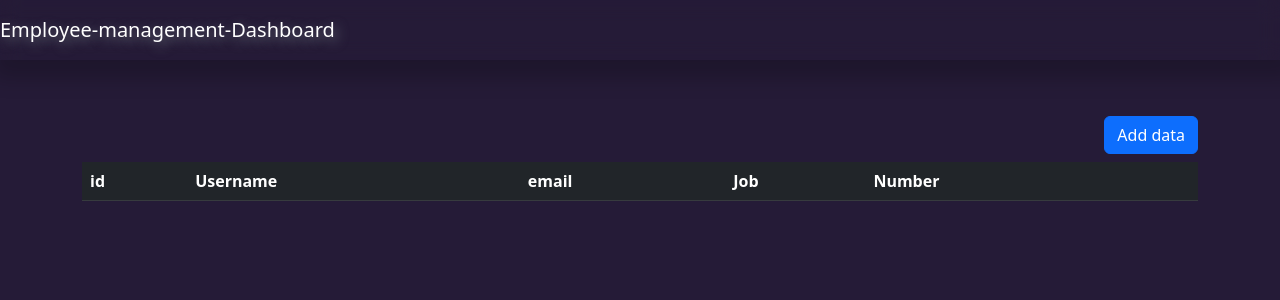
Repository: iamevs/Employee-Management-System
Page: /home (app in client/)
An editor plug-in stored every save of this project. The page is shown before and after the next save, followed by the edit.
The browser window is 1280 px wide. The pictures show the whole page.
The page's requests for data from a server got no answer. The project was rebuilt for these pictures with package versions that can differ from the ones it lists, and the page was loaded fresh each time. No one was signed in, and anything a server would have sent is missing. Also part of the build but not shown: client/vite.config.js, client/src/components/Register.jsx, client/src/components/Edit.jsx, client/src/components/Hero.jsx. Imported but missing from the stored project, and not drawn on this page: client/src/components/Details.

Above is the page before, as saved 2022-11-28 23:24:36.

### client/index.html
<html lang="en">
  <head>
    <meta charset="UTF-8" />
    <link rel="icon" type="image/svg+xml" href="/vite.svg" />
    <meta name="viewport" content="width=device-width, initial-scale=1.0" />
    <title>employee-management</title>
  </head>
  <body>
    <div id="root"></div>
    <script type="module" src="/src/main.jsx"></script>
  </body>
</html>

### client/src/main.jsx
import React, { StrictMode } from 'react';
import ReactDOM from 'react-dom';
import { createRoot } from "react-dom/client";
import './index.css';
import App from './App';
import { BrowserRouter } from "react-router-dom"
import ContextProvider from "./components/context/ContextProvider";
// root.render(
//   <StrictMode>
//   <ContextProvider>
//     <BrowserRouter>
//       <App />
//     </BrowserRouter>
//   </ContextProvider>
//   </StrictMode>
//   ,
//   document.getElementById('root')
// );


createRoot(document.getElementById('root')).render(
  <ContextProvider>
    <BrowserRouter>
      <App />
    </BrowserRouter>
  </ContextProvider>
)

### client/src/index.css
body {
  margin: 0;
  font-family: -apple-system, BlinkMacSystemFont, 'Segoe UI', 'Roboto', 'Oxygen',
    'Ubuntu', 'Cantarell', 'Fira Sans', 'Droid Sans', 'Helvetica Neue',
    sans-serif;
  -webkit-font-smoothing: antialiased;
  -moz-osx-font-smoothing: grayscale;
  background-color: #251B37 !important;
  color: #fff !important;
}

code {
  font-family: source-code-pro, Menlo, Monaco, Consolas, 'Courier New',
    monospace;
}

.btns{
  display: flex;
  justify-content: space-between;
}

### client/src/App.jsx
import './App.css';
import "../node_modules/bootstrap/dist/css/bootstrap.min.css"
import "../node_modules/bootstrap/dist/js/bootstrap.bundle.min.js"
import Navbar from './components/Navbar';
import Home from './components/Home';
import Register from './components/Register';
import Edit from './components/Edit';
import Details from './components/Details';
import Hero from "./components/Hero.jsx";
import {Routes,Route} from "react-router-dom"




function App() {
  return (
   <>
    <Navbar />
    <Routes>
      <Route path="/" element={<Hero/>} />
      <Route  path="/home" element={<Home/>} />
      <Route exact path="/register" element={<Register/>} />
      <Route exact path="/edit/:id" element={<Edit/>} />
      <Route exact path="/view/:id" element={<Details/>} />
    </Routes>

   </>
  );
}

export default App;

### client/src/components/context/ContextProvider.jsx
import React, { createContext, useState } from 'react'


export const adddata = createContext("");
export const updatedata = createContext("");
export const deldata = createContext("");

const ContextProvider = ({ children }) => {

    const [udata, setUdata] = useState("");
    const [updata, setUPdata] = useState("");
    const [dltdata, setDLTdata] = useState("");


    return (
        <adddata.Provider value={{ udata, setUdata }}>
            <updatedata.Provider value={{ updata, setUPdata }}>
                <deldata.Provider value={{dltdata, setDLTdata}}>
                    {children}
                </deldata.Provider>

            </updatedata.Provider>

        </adddata.Provider>
    )
}

export default ContextProvider;

### client/src/App.css
.add_btn{
  text-align: right;
}

.container{
  overflow: auto;
}

.left_view h3{
  font-size: 21px;
}

.left_view p{
  font-weight: 600;
}

.left_view span{
  font-weight: 400;
}

.right_view p{
  font-weight: 600;
}


.right_view span{
  font-weight: 400;
}

### client/src/components/Navbar.jsx
import React from 'react'
import { NavLink } from 'react-router-dom'
import { Box, Stack } from "@mui/material";


const Navbar = () => {
    return (
        <Stack >
            <Box className="navbar navbar-expand-lg text-white" sx={{
                backgroundColor: "transparent",
                backdropFilter: "blur(10px) !important",
                position: "relative",
                color: "white",
                boxShadow: "4px 7px 20px 11px rgb(0 0 0 / 20%)",
                height: "60px",
            }}>
            <Box sx={{
                fontSize: "20px",
                textShadow: "3px 4px 12px #6c757d",
            }}>Employee-management-Dashboard</Box>
            </Box>
        </Stack>
    )
}

export default Navbar

### client/src/components/Home.jsx
import React, { useState, useEffect, useContext } from 'react'
import RemoveRedEyeIcon from '@mui/icons-material/RemoveRedEye';
import CreateIcon from '@mui/icons-material/Create';
import DeleteOutlineIcon from '@mui/icons-material/DeleteOutline';
import { NavLink } from 'react-router-dom';
import { adddata, deldata } from './context/ContextProvider';
import { updatedata } from './context/ContextProvider'

var getuserlink = "http://localhost:8001/getusers";


const Home = () => {

    const [getuserdata, setUserdata] = useState([]);

    console.log(getuserdata);

    const { udata, setUdata } = useContext(adddata);

    const {updata, setUPdata} = useContext(updatedata);

    const {dltdata, setDLTdata} = useContext(deldata);

    const getdata = async () => {

        const res = await fetch(getuserlink, {
            method: "GET",
            headers: {
                "Content-Type": "application/json"
            }
        });

        const data = await res.json();
        console.log(data);

        if (res.status === 422 || !data) {
            console.log("error ");

        } else {
            setUserdata(data)
            console.log("get data");

        }
    }

    useEffect(() => {
        getdata();
    }, [])

    const deleteuser = async (id) => {

        const res2 = await fetch(`/deleteuser/${id}`, {
            method: "DELETE",
            headers: {
                "Content-Type": "application/json"
            }
        });

        const deletedata = await res2.json();
        console.log(deletedata);

        if (res2.status === 422 || !deletedata) {
            console.log("error");
        } else {
            console.log("user deleted");
            setDLTdata(deletedata)
            getdata();
        }

    }


    return (

        <>
            {
                udata ?
                    <>
                        <div className="alert alert-success alert-dismissible fade show" role="alert">
                            <strong>{udata.name}</strong>  added succesfully!
                            <button type="button" className="btn-close" data-bs-dismiss="alert" aria-label="Close"></button>
                        </div>
                    </> : ""
            }
            {
                updata ?
                    <>
                        <div className="alert alert-success alert-dismissible fade show" role="alert">
                            <strong>{updata.name}</strong>  updated succesfully!
                            <button type="button" className="btn-close" data-bs-dismiss="alert" aria-label="Close"></button>
                        </div>
                    </> : ""
            }

            {
                dltdata ?
                    <>
                        <div className="alert alert-danger alert-dismissible fade show" role="alert">
                            <strong>{dltdata.name}</strong>  deleted succesfully!
                            <button type="button" className="btn-close" data-bs-dismiss="alert" aria-label="Close"></button>
                        </div>
                    </> : ""
            }


            <div className="mt-5">
                <div className="container">
                    <div className="add_btn mt-2 mb-2">
                        <NavLink to="/register" className="btn btn-primary">Add data</NavLink>
                    </div>

                    <table class="table">
                        <thead>
                            <tr className="table-dark">
                                <th scope="col">id</th>
                                <th scope="col">Username</th>
                                <th scope="col">email</th>
                                <th scope="col">Job</th>
                                <th scope="col">Number</th>
                                <th scope="col"></th>
                            </tr>
                        </thead>
                        <tbody>

                            {
                                getuserdata.map((val, ind) => {
                                    return (
                                        <tr>
                                            <th scope="row">{ind + 1}</th>
                                            <td>{val.name}</td>
                                            <td>{val.email}</td>
                                            <td>{val.work}</td>
                                            <td>{val.mobile}</td>
                                            <td className='btns'>
                                                <NavLink to={`/view/${val._id}`} className="btn btn-primary"><RemoveRedEyeIcon /></NavLink>
                                                <NavLink to={`/update/${val._id}`} className="btn btn-success"><CreateIcon /></NavLink>
                                                <button onClick={() => deleteuser(val._id)} className="btn btn-danger"><DeleteOutlineIcon /></button>
                                            </td>
                                        </tr>
                                    )
                                })
                            }
                        </tbody>
                    </table>


                </div>
            </div>
        </>
    )
}

export default Home

After the next save:
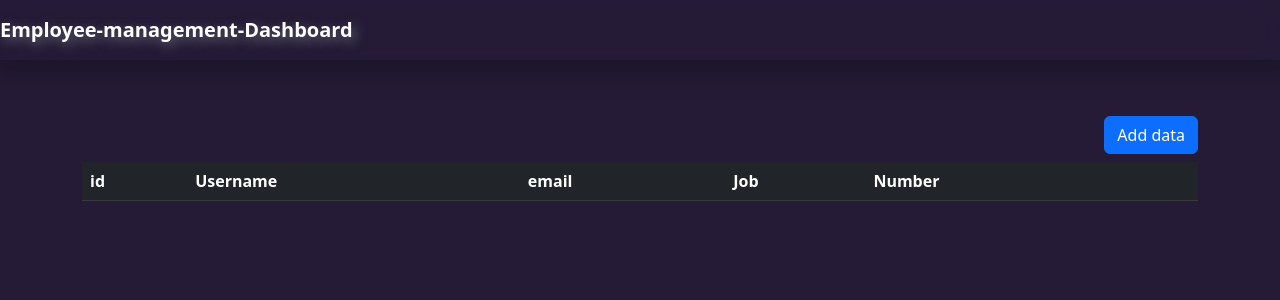
Saved 14 s later.
--- a/client/src/components/Navbar.jsx
+++ b/client/src/components/Navbar.jsx
@@ -14,10 +14,11 @@ const Navbar = () => {
                 boxShadow: "4px 7px 20px 11px rgb(0 0 0 / 20%)",
                 height: "60px",
             }}>
-            <Box sx={{
-                fontSize: "20px",
-                textShadow: "3px 4px 12px #6c757d",
-            }}>Employee-management-Dashboard</Box>
+                <Box sx={{
+                    fontSize: "20px",
+                    textShadow: "3px 4px 12px #6c757d",
+                    fontWeight: "bold",
+                }}>Employee-management-Dashboard</Box>
             </Box>
         </Stack>
     )
